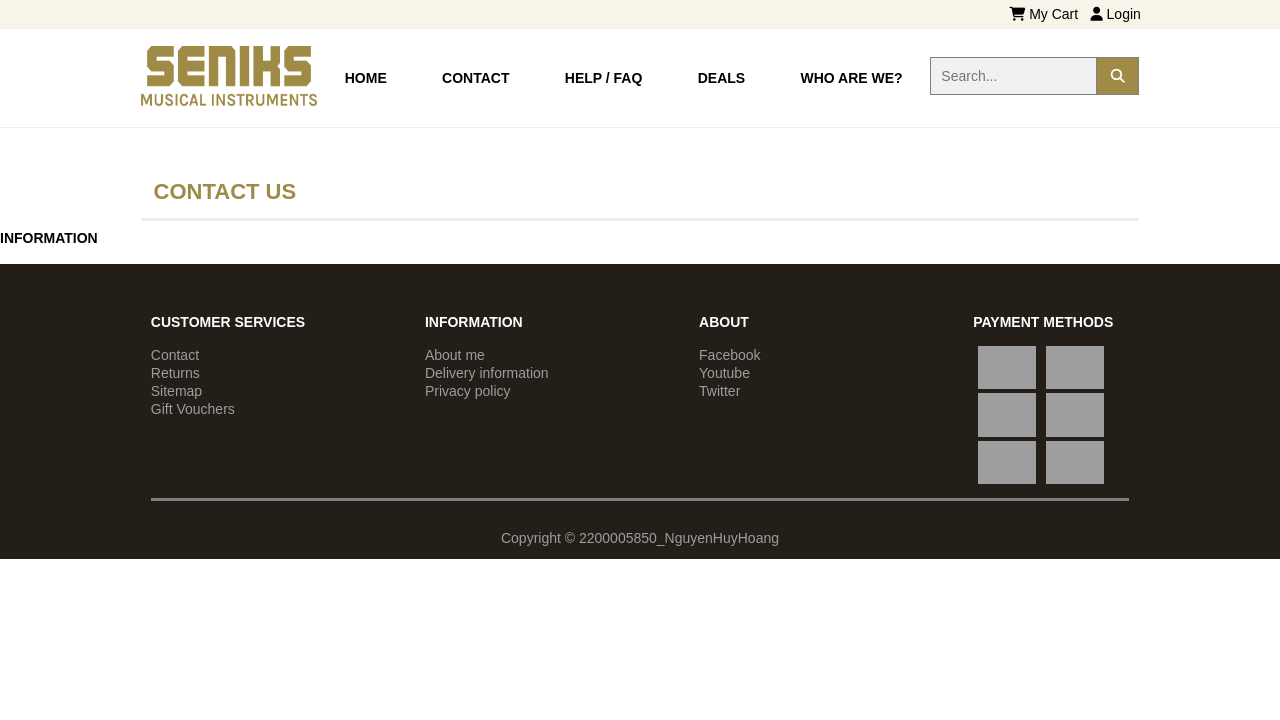
Repository: kuni-hoangnguyen/Do-an-tkweb-nam1
Page: contact.html
The author's editor kept a copy of each file at every save. The page is drawn from the files as they stood at one save, then again after the next save.
The browser window is 1280 px wide. The pictures show the whole page.
Pictures or frames that could not be fetched are drawn as grey boxes.

Above is the page before, as saved 2023-09-20 16:11:28.

### contact.html
<!DOCTYPE html>
<html>
  <head>
    <title>SENIKS | CONTACT</title>
    <link rel="stylesheet" href="contact.css">
    <link rel="stylesheet" href="main.css">
    <link rel="stylesheet" href="https://cdnjs.cloudflare.com/ajax/libs/font-awesome/6.4.2/css/all.min.css">
    <meta charset="utf-8">
    <meta http-equiv="X-UA-Compatible" content="IE=edge,chrome=1">
    <meta name="viewport" content="width=device-width, initial-scale=1">
  </head>
  <body>
    <header>
      <div class="row-menu1">

        <ul class="menu">
          <li class="menu-item"><a class="menu-link" href="#"><i class="fa-solid fa-cart-shopping"></i> My Cart</a></li>
          <li class="menu-item"><a class="menu-link" href="#"><i class="fa-solid fa-user"></i> Login</a></li>
        </ul>

      </div>

      <div class="row-menu2">

        <a href="main.html"><img class="logo" src="media/LOGO.png" alt="logo" ></a>

        <ul class="menu">
          <li class="menu-item"><a class="menu-link" href="main.html">HOME</a></li>
          <li class="menu-item"><a class="menu-link" href="contact.html">CONTACT</a></li>
          <li class="menu-item"><a class="menu-link" href="#">HELP / FAQ</a></li>
          <li class="menu-item"><a class="menu-link" href="#">DEALS</a></li>
          <li class="menu-item"><a class="menu-link" href="#">WHO ARE WE?</a></li>
        </ul>

        <form class="search-button">

          <input type="text" placeholder="Search...">
          <button><i class="fa fa-search"></i></button>

        </form>

      </div>
    </header>


    <main>
      <p class="title">CONTACT US</p>
      <div>
        <p class="title2">INFORMATION</p>
      </div>

    </main>



    <footer>

      <div id="end">
        <div class="card">
          <p class="title3">CUSTOMER SERVICES</p>
          <ul>
            <li><a href="contact.html">Contact</a></li>
            <li><a href="#">Returns</a></li>
            <li><a href="#">Sitemap</a></li>
            <li><a href="#">Gift Vouchers</a></li>
          </ul>
        </div>
        <div class="card">
          <p class="title3">INFORMATION</p>
          <ul>
            <li><a href="#">About me</a></li>
            <li><a href="#">Delivery information</a></li>
            <li><a href="#">Privacy policy</a></li>
          </ul>
        </div>
        <div class="card">
          <p class="title3">ABOUT</p>
          <ul>
            <li><a href="#">Facebook</a></li>
            <li><a href="#">Youtube</a></li>
            <li><a href="#">Twitter</a></li>
          </ul>
        </div>
        <div class="card">
          <p class="title3">PAYMENT METHODS</p>
          <ul>
            <li><img src="https://theme.hstatic.net/200000722513/1001090675/14/pay_2.png?v=1126" alt=""><img src="https://theme.hstatic.net/200000722513/1001090675/14/pay_3.png?v=1126" alt=""></li>
            <li><img src="https://theme.hstatic.net/200000722513/1001090675/14/pay_5.png?v=1126" alt=""><img src="https://theme.hstatic.net/200000722513/1001090675/14/pay_7.png?v=1126" alt=""></li>
            <li><img src="https://theme.hstatic.net/200000722513/1001090675/14/pay_8.png?v=1126" alt=""><img src="https://theme.hstatic.net/200000722513/1001090675/14/pay_4.png?v=1126" alt=""></li>
          </ul>
        </div>
      </div>
      <p id="cpr">Copyright © 2200005850_NguyenHuyHoang</p>
  </footer>
  </body>
</html>

### main.css
*{
  margin: 0;
  padding: 0;
  box-sizing: border-box;
  font-family: "Arial", Helvetica Neue, Helvetica, sans-serif;
}
header{
  width: 100%;
  background-color: #fff;
  border-style: none none inset  none;
  border-width: 1px;
  margin: auto;
}
.menu{
  list-style-type: none;
  display: flex;
  justify-content: space-around ;
  width: 100%;
}
.row-menu1{
  width: 100%;
  background-color: #f8f4e9;
  border-style: none none inset  none;
  border-width: 1px;
}
.row-menu1 .menu{
  flex-direction: row;
  width: 45%;
  margin-right: 0;
  margin-left: auto;
  padding: 14px 0;
}
.menu-link{
  color: black;
  text-decoration: none;
  font-size: 14px;
}
.row-menu2 .menu-link{
  font-weight: 600;
  font-size: 12px;
}
.menu-link:hover{
  color: #8c7422;
}
.logo{
  width: 35vw;
  padding: 1vw;
  position: absolute;
  top: 0;
}
.search-button input[type="text"]{
  padding: 10px;
  font-size: 14px;
  border: 1px solid grey;
  float: left;
  width: 80%;
  background: #f1f1f1;
}
.search-button button{
  float: left;
  width: 20%;
  padding: 10px;
  background: #9f8a46;
  color: white;
  font-size: 14px;
  border: 1px solid grey;
  border-left: none;
  cursor: pointer;
}
.search-button button:hover{
  background: #8c7422;
}
.search-button::after{
  content: "";
  clear: both;
  display: table;
}
.row-menu2 {
  display: flex;
  flex-direction: column;
  margin: auto;
  padding:10px 0;
}
.row-menu2 .menu{
  flex-direction: row;
  margin: auto;
  width: 100%;
  padding-bottom: 10px;
}


.mySlides {
  display: none;
}
.slideshow-container img {
  vertical-align: middle;
}

.slideshow-container {
  position: relative;
  margin: auto;
  padding:10px 0;
}

.prev, .next {
  cursor: pointer;
  position: absolute;
  top: 50%;
  width: auto;
  padding: 16px;
  margin-top: -30px;
  color: wheat;
  font-weight: bold;
  font-size: 20px;
  transition: 0.6s ease;
  border-radius: 0 3px 3px 0;
  user-select: none;
}

.next {
  right: 0;
  border-radius: 3px 0 0 3px;
}

.prev:hover, .next:hover {
  background-color: rgba(0,0,0,0.8);
}

.fade {
  animation-name: fade;
  animation-duration: 2s;
}

@keyframes fade {
  from {opacity: .4}
  to {opacity: 1}
}

.img-list-mobile{
  margin: auto;
  border-style: outset none inset  none;
  border-width: 1px;
  border-color: gray;
  text-align: center;

}
.img-list-mobile img{
  max-width: 40px;
  max-height: 40px;
  padding: 8% 0;
}
.img-list-mobile .menu{
  flex-direction: column;

}
.img-list-mobile .menu-link{
  font-size: 12px;
  font-weight: 500;
}
.list-item{
  width: 70px;
  height: 70px;
}
.img-row{
  display: flex;
  flex-direction: row;
  justify-content: space-around;
}
.img-list-desktop{
  display: none;
}
.title{
  font-size: 16px;
  font-weight: 700;
  text-transform: uppercase;
  color: #9f8a46;
  margin: auto;
  padding: 10px;
  padding-top: 5px;
  border-style: none none inset none;
}
#first{
  border-style: none;
}
.product{
  margin:auto;
}
.product ul{
  list-style: none;
  display: flex;
  flex-direction: row;
  justify-content: space-around;
}
.product-card{
  width: 188px;
  height: 394px;
  padding: 15px;
  margin-top: 1.2%;
}
.product-card:hover{
  box-shadow: rgba(0, 0, 0, 0.24) 0px 3px 8px;
  border-radius: 5px;
  transform: scale(1.01);
}
.product-card a img{
  width: 158px;
  height: 158px;
}
.product-card .menu-link{
  font-weight: 400;
  font-size: 14px;
  display: block;
  margin: 10px auto;
}
.star{
  margin-top: 25%;
}
.stock{
  font-size: 12px;
  font-weight: 400;
  color: #45cc8f;
  margin: 12px 0;
}
.price{
  font-weight: 600;
}
footer{
  background-color: #231E18;
  padding: 1%;
  margin: auto;
}
.title3{
  color: white;
  font-size: 14px;
  font-weight: bold;
  text-align: center;
  padding: 10% 0;
}
.card{
  width: 156px;
  height: 200px;

}

.b-end{
  background-color: #adc2c9;
  padding: 2.5% 7%;
  display: flex;
  flex-direction: row;
  justify-content: space-around;
}
.card2{
  width: 210px;
  text-align: left;
  border-radius: 5px;
  padding: 10px;
}
.icon{
  font-size: 30px;
  float: left;
  padding: 10px;
}
.title2{
  text-transform: uppercase;
  font-size: 14px;
  margin-top: 9px;
  font-weight: 600;
  width: 155px;
  height: 34px;
}
#fix{
  margin-top: 17px;
  height: 26px;
}
.cmt{

  font-size: 14px;
  font-weight: 300;
  display: inline-block;
  position: relative;
  left: 50%;
  transform: translateX(-50%);
}
#end{
  display: flex;
  flex-direction: column;
  justify-content: space-between;
  margin: 0 11%;
  margin-top: 3vh;
  margin-bottom: 4vh;
  border-style: none none solid none;
  border-color: gray;
}
footer div div li{
  list-style-type: none;
  text-align: center;
}
footer div div li a{
  text-decoration: none;
  color:rgb(157, 157, 157);
  font-weight: 400;
  font-size: 14px;
}
footer div div li img{
  width: 58px;
  margin: 0 5px;
}
#cpr{
  text-align: center;
  color:rgb(157, 157, 157);
  font-size: 14px;
}
#f-ar{
  margin: auto;
  padding: 1% 12%;
  padding-top: 2%;
  background-color: #F4F4F2;
  text-align: center;
  border: none;
}
.f-ar2{
  padding: 1% 11%;
  display: flex;
  flex-direction: row;
  justify-content: space-around;
  background-color: #F4F4F2;
}
.f-ar2 .menu-link{
  font-size: 20px;
  font-weight: 600;
  display: inline-block;
  margin: 5%;
}
.f-ar2 .fix2{
  font-size: 14px;
  display: inline;
  margin: 0;
  font-weight: 500;
  color: #8c7422;
  padding-left: 1%;
}
.card3{
  width: 340px;
  height: 330px;
  background-color: white;
  margin-bottom: 3%;
  border-radius: 5px;
}
.card3:hover{
  box-shadow: rgba(0, 0, 0, 0.24) 0px 3px 8px;
  border-radius: 5px;
  transform: scale(1.01);
}
.pod{
  width: 340px;
  height: 177px;
  border-radius: 5px 5px 0  0;
}


@media(min-width:576px) {
  .row-menu1 .menu{
    width: 12%;
    margin-right: 10%;
    padding: 5px;
  }
  .row-menu2{
    flex-direction: row;
    margin: 0 11%;
    padding:5px 0;
  }
  .row-menu2 .menu{
    width: 70%;
    padding: 0;
  }
  .logo{
    width: 100%;
    height: 60px;
    position: static;
    top:initial;
    margin: 12px 0;
    padding: 0;
  }
  .search-button{
    padding: 23px 0;
  }
  .row-menu2 .menu-link{
    font-size: 14px;
  }
  .slideshow-container{
    margin: 0 11%;
    margin-top: 2%;
  }
  .prev, .next{
    font-size: 28px;
    margin-top: -35px;
  }
  .img-list-mobile {
    display: none;
  }

  .list-item{
    width: 112px;
    height: 104px;
  }
  #first{
    margin: 0 11%;
    margin-top: 2%;
  }
  .img-list-desktop{
    display: block;
    border-style: outset none inset  none;
    border-width: 1px;
    border-color: gray;
    text-align: center;
    margin: 0 11%;
    margin-bottom: 1%;
  }
  .img-list-desktop img{
    max-width: 70px;
    max-height: 70px;
    padding: 15px 0;
  }
  .img-list-desktop .menu{
    flex-direction: row;

  }
  .img-list-desktop .menu-link{
    font-size: 16px;
    font-weight: 500;
  }
  .title{
    text-align: left;
    font-size: 22px;
    margin: 0 11%;
    margin-top: 3%;
    padding: 1%;
  }
  .product{
    margin: 0 11%;
  }
  #end{
    flex-direction: row;
  }
  .title3{
    text-align: left;
  }
  footer div div li{
    text-align: left;
  }
}

Loaded but not shown: contact.css (no stored copy; drawn as an empty file)

After the next save:
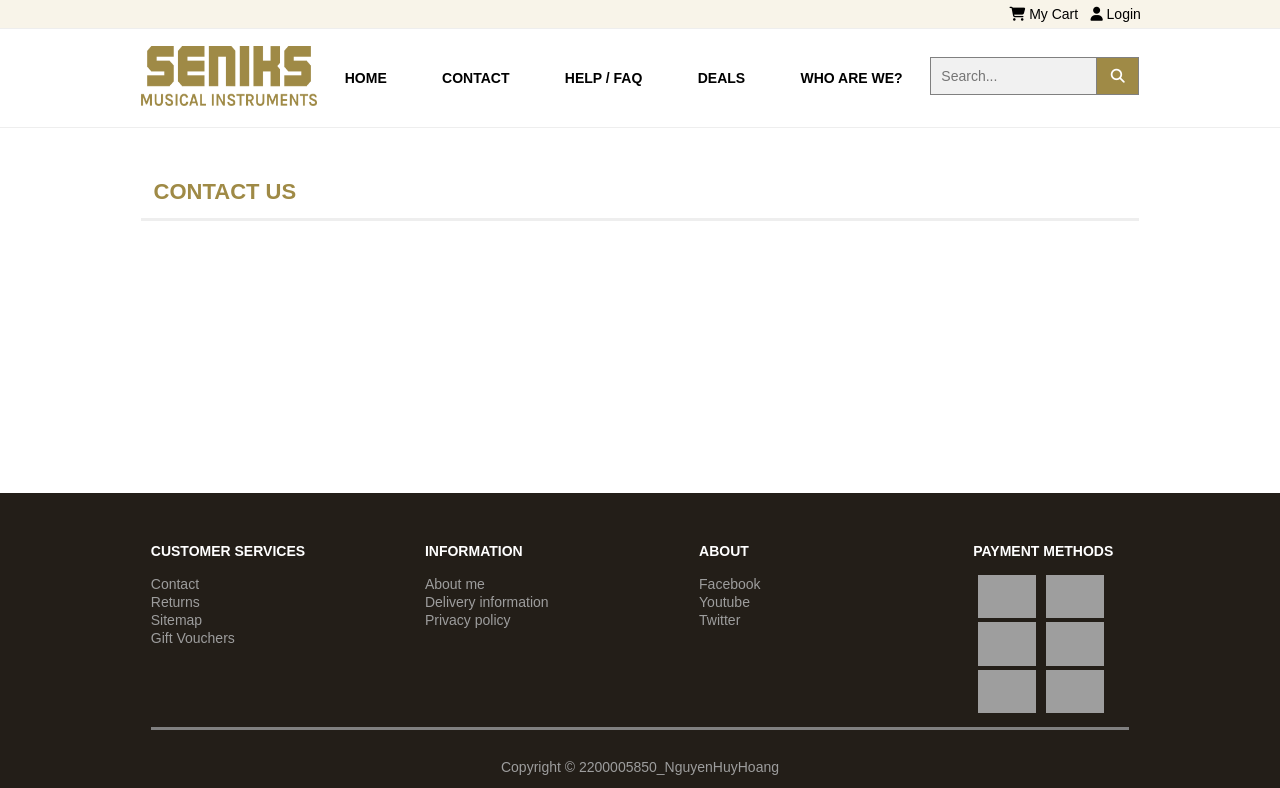
Saved 5 s later.
--- a/contact.html
+++ b/contact.html
@@ -46,7 +46,7 @@
     <main>
       <p class="title">CONTACT US</p>
       <div>
-        <p class="title2">INFORMATION</p>
+        <p class="title3">INFORMATION</p>
       </div>
 
     </main>
